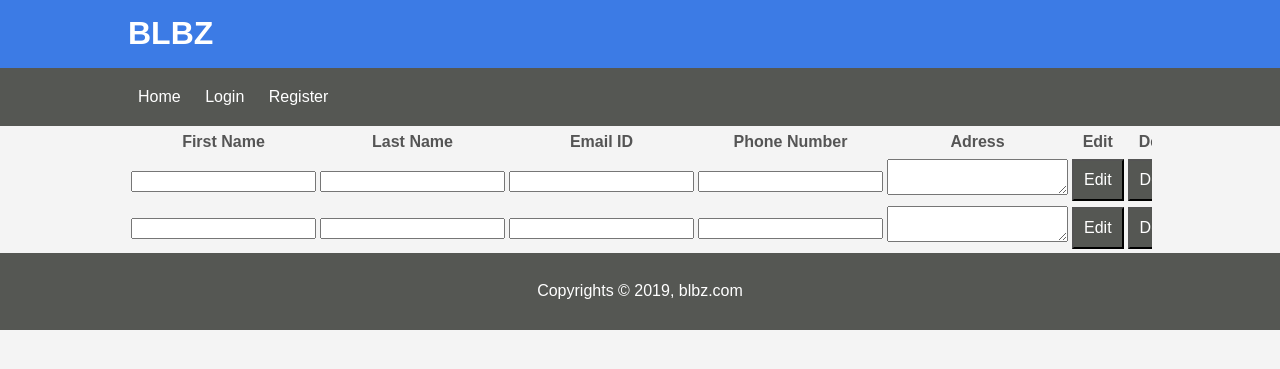
Repository: Kutty39/WebApps
Page: http://localhost/WebPageApp1/editpage.jsp
The author's editor kept a copy of each file at every save. The page is drawn from the files as they stood at one save, then again after the next save.
The browser window is 1280 px wide. The pictures show the whole page.
The page is served by Tomcat 9. Other server files are loaded and not shown.

Above is the page before, as saved 2019-12-09 13:50:09.

### LoginRegistrationPage/WebPageApp1/src/main/webapp/editpage.jsp
<%@ page language="java" contentType="text/html; charset=UTF-8"
pageEncoding="UTF-8"%>
<!DOCTYPE html>
<html>
<head>
<title>My Page</title>
<link href="CSS/mycss.css" rel="stylesheet" type="text/css">
<script
	src="https://ajax.googleapis.com/ajax/libs/jquery/3.4.1/jquery.min.js"></script>
<script src="JS/myjs.js"></script>
</head>
<body>
	<header class="head">
		<div class="container">
			<h1>BLBZ</h1>
		</div>
	</header>
	<nav class="nav-bar">
		<div class="container">
			<ul>
				<li><a class="button home">Home</a></li>
				<li><a class="button login">Login</a></li>
				<li><a class="button register">Register</a></li>
				<li><a class="button data" hidden>Date Tab</a></li>
				<li><a class="button userprof" hidden>User Profile</a></li>
				<li><a class="button logout" hidden>Log Out</a></li>
			</ul>
		</div>
	</nav>
	<section class="main">
		<div id="ajx" class="container">
			<table class="credtbl">
				<tr>
					<th>First Name</th>
					<th>Last Name</th>
					<th>Email ID</th>
					<th>Phone Number</th>
					<th>Adress</th>
					<th>Edit</th>
					<th>Delete</th>
				</tr>
				<tr>
					<td><input class="tr-1 td-1" type="text" name="fname"
						required="required"></td>
					<td><input class="tr-1 td-2" type="text" name="lname"
						required="required"></td>
					<td>
						<p class="hd-lbl eid" hidden>*Mandatory field</p> <input
						class="tr-1 td-3" type="text" id="eid" name="eid"
						required="required">
					</td>
					<td>
						<p class="hd-lbl phn" hidden>*Mandatory field</p> <input
						class="tr-1 td-4" type="text" name="phn" required="required">
					</td>
					<td><textarea class="tr-1 td-5" name="adrs"
							required="required"></textarea></td>
					<td><input class="tr-1 td-6 button" type="submit" value="Edit"></td>
					<td><input class="button tr-1 td-7" type="submit"
						value="Delete"></td>
				</tr>
				<tr>
					<td><input class="tr-1 td-1" type="text" name="fname"
						required="required"></td>
					<td><input class="tr-1 td-2" type="text" name="lname"
						required="required"></td>
					<td>
						<p class="hd-lbl eid" hidden>*Mandatory field</p> <input
						class="tr-1 td-3" type="text" id="eid" name="eid"
						required="required">
					</td>
					<td>
						<p class="hd-lbl phn" hidden>*Mandatory field</p> <input
						class="tr-1 td-4" type="text" name="phn" required="required">
					</td>
					<td><textarea class="tr-1 td-5" name="adrs"
							required="required"></textarea></td>
					<td><input class="tr-1 td-6 button" type="submit" value="Edit"></td>
					<td><input class="button tr-1 td-7" type="submit"
						value="Delete"></td>
				</tr>
			</table>
		</div>
	</section>
	<footer>
		<div class="container">Copyrights &copy; 2019, blbz.com</div>
	</footer>
</body>
</html>

### LoginRegistrationPage/WebPageApp1/src/main/webapp/CSS/mycss.css
@charset "UTF-8";
*{
	box-sizing: border-box;}
body {
	background-color: #f4f4f4;
	color: #555;
	font-family: Arial, Helvetica, sans-serif;
	font-size: 16px;
	line-height: 1.6em;
	margin: 0;
	background-color: #f4f4f4;
}

p.hd-lbl {
	padding: 0;
	margin: 0;
	width: 100%;
	font-family: monospace;
	line-height: 1rem;
}

.hd-lbl {
	color: red;
	font-size: 0.7rem;
}

.container {
	width: 80%;
	margin: auto;
	overflow: hidden;
}

.form-header {
	text-align: center;
	width: 100%;
	margin: auto;
	margin-bottom: 1em;
	padding: 1px;
	background-color: #f57900;
}

.form-container, .out-container {
	width: 50%;
	background-color: white;
	margin: auto;
	overflow: hidden;
	border: 1rem #ccc solid;
	padding: 2em;
}

.button {
	background-color: #555753;
	padding: 10px;
	color: white;
	font-size: 1em;
}

.my-form input[type="text"], .my-form textarea, .my-form input[type="password"]
	{
	width: 100%;
	padding: 0.5rem;
	margin-bottom: 0.5rem;
	font-size: 1em;
	box-sizing: border-box
}

.head {
	background: #3c7be5;
}

.head h1 {
	color: white;
}

.nav-bar {
	background-color: #555753;
}

.nav-bar ul {
	padding-left: 0;
	list-style: none;
	text-decoration: none;
	list-style: none;
}

.nav-bar li {
	display: inline;
}

.nav-bar a {
	text-decoration: none;
}

.nav-bar a:hover {
	background: white;
	color: black;
}

footer {
	background-color: #555753;
	color: white;
	text-align: center;
	padding: 2%;
}

@media ( max-width : 600px) {
	nav, article {
		width: 100%;
		height: auto;
	}
}
/* body{
	font: bold 100% Arial,Helvetica,sans-serif;
}
.btn {
	border-radius: 15px;
	padding: 5px;
	background: aqua;
}

.btn:hover {
	background-color: buttonface;
}

.box-1 {
	text-align:center;
	border-radius: 5px;
	background-color: #f2f2f2;
	padding: 5%;
	margin: auto;
	width: 80%
}
.box-1 h2{
	text-transform: capitalize;
	letter-spacing: 0.1em;
} */

### LoginRegistrationPage/WebPageApp1/src/main/webapp/JS/myjs.js
$(document).ready(function() {
	// this will bind the method for currently available elements
	$("a.button").click(loadpage);
	// this on method will bind the methods to future elements
	$("#ajx").on("blur","input[type!='submit']",($(this), mandChecker));
	$("#ajx").on("keyup","input[type!='submit']",($(this), mandChecker));
	$("#ajx").on("blur","#eid",check);
	$("#ajx").on("blur","#usr",check);
	$("#ajx").on("submit","#regForm",function(e){
		var s=true;
			$("p.hd-lbl").each(function() {
				if (this.style.display === "block") {
					s=false;
				}
			});
			if(s){
			$.ajax({
				type : "POST",
				url : "regestration",
				data :$("#regForm").serialize(),
				success : function(msg) {
					$("#ajx").html(msg);
				},
				dataType : "html"
			});
			}
			e.preventDefault();
	});


	$("#ajx").on("submit","#lgnForm",function(e){
		var s=true;
		$("#errormsg").hide();
		$("#successmsg").hide();
			$("p.hd-lbl").each(function() {
				if (this.style.display === "block") {
					s=false;
				}
			});
			if(s){
				$.post("login",$("#lgnForm").serialize(),function(msg) {
					if(msg.search("Login")<0){
						lognaction();}
						$("#ajx").html(msg);
					});
				}
		e.preventDefault();
	});


	$("#ajx").on("submit","#profForm",function(e){
		let s = true;
		$("p.hd-lbl").each(function() {
			if (this.style.display === "block") {
				s=false;
				return;
			}
		});
		if(s){
			$.post("update",$("#profForm").serialize(),function(msg) {
				alert(msg);
			});
		}
		 e.preventDefault();
	});

});

function lognaction(){
	$("a.button").each(function(){
		if($(this).attr('class').indexOf("home")<=0){
		$(this).toggle();}
	});
}
function logconfirm(){
	$("a.button.login").hide()
	$("a.button.register").hide();
	$("a.button.userprof").show();
	$("a.button.logout").show();
}


function loadpage() {
	var cls = $(this).attr("class").replace("button ","");
	console.log(cls.replace("button ",""));
	$.ajax({
		type : "post",
		url : "switchpage",
		data : {"page" : cls},
		success : function(msg) {
			if(cls=="logout"){
				lognaction();
			}
			$("#ajx").html(msg);
		},
		dataType : "html"
	});
}

function check(){
	var obj=$(this);
	if(obj!=null){
	$.ajax({
		type : "post",
		url : "validate",
		data : {"email":obj.val()},
		success : function(msg) {
			if(msg==="true"){
				if(obj.attr("name")==="eid"){
				$(".hd-lbl.eid").text("*Email alread exists.");
				$(".hd-lbl.eid").show();
				}if(obj.attr("name")==="username"){
					$(".hd-lbl.username").hide();
				}
			}else{
				if(obj.attr("name")==="username"){
					$(".hd-lbl.username").text("*Email is not exists. please register and come back");
					$(".hd-lbl.username").show();
				}else if(obj.attr("name")==="eid"){
					$(".hd-lbl.eid").hide();
				}
			}
		}
	});
	}
}

function mandChecker(element) {
	var val = element.target.value;
	var name = element.target.name;
	var obj = $(".hd-lbl." + name);
	if (val === "") {
		obj.show();
	} else {
		obj.show();
		var regx = "";
		if (name === "phn") {
			regx = /^\d{10}$/;
			if (regx.test(val)) {
				obj.hide();
			} else {
				obj.text("* Phone number should be 10 digit");
			}
		} else if (name === "eid") {
			regx = /^[a-zA-z\d._-]+\@[a-zA-Z\d.-]+\.[a-zA-Z]{2,4}$/;
			if (regx.test(val)) {
				obj.hide();
			} else {
				obj.text("* Please enter valid email.");
			}
		} else if (name === "pas") {
			regx = /^((?=.*[a-z])(?=.*[A-Z])(?!.*\s)(?=.*[@$!%*?&])).{8,15}$/;
			if (regx.test(val)) {
				obj.hide();
			} else {
				obj.show();
			}
		} else if (name === "conpas") {
			var ps = $("input[name='pas']").val();
			if (val === ps) {
				obj.hide();
			} else {
				obj.show();
			}
		} else {
			obj.hide();
		}
	}
}

After the next save:
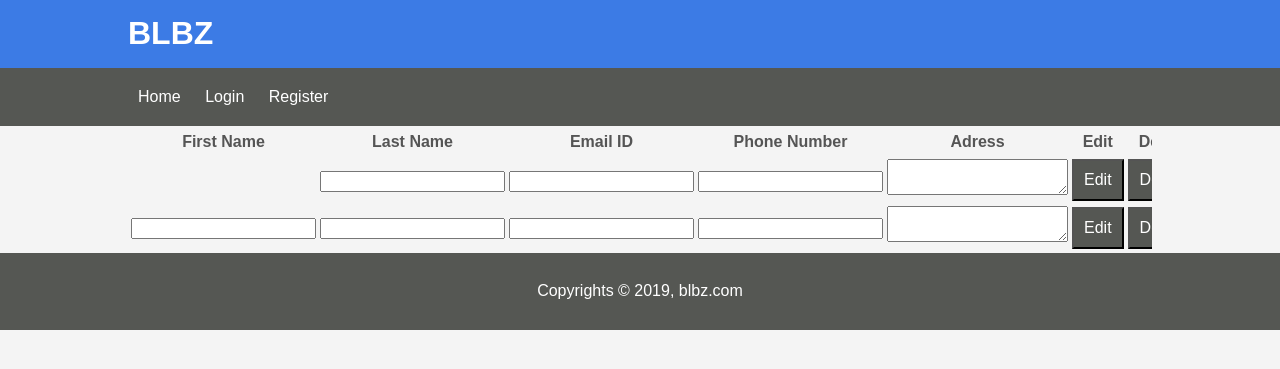
Saved 33 s later.
--- a/LoginRegistrationPage/WebPageApp1/src/main/webapp/editpage.jsp
+++ b/LoginRegistrationPage/WebPageApp1/src/main/webapp/editpage.jsp
@@ -41,7 +41,7 @@
 				</tr>
 				<tr>
 					<td><input class="tr-1 td-1" type="text" name="fname"
-						required="required"></td>
+						required="required" hidden></td>
 					<td><input class="tr-1 td-2" type="text" name="lname"
 						required="required"></td>
 					<td>

After the save that followed:
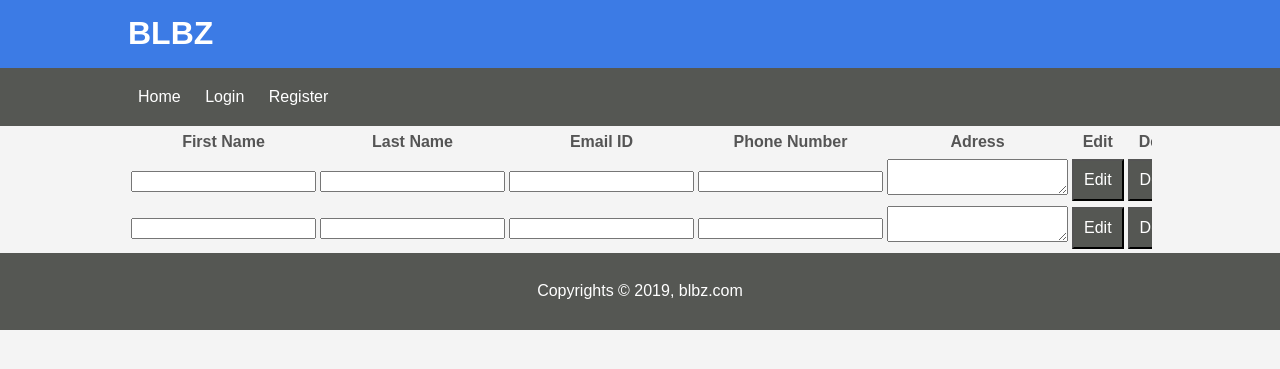
Saved 12 s later.
--- a/LoginRegistrationPage/WebPageApp1/src/main/webapp/editpage.jsp
+++ b/LoginRegistrationPage/WebPageApp1/src/main/webapp/editpage.jsp
@@ -41,7 +41,7 @@
 				</tr>
 				<tr>
 					<td><input class="tr-1 td-1" type="text" name="fname"
-						required="required" hidden></td>
+						required="required" locked></td>
 					<td><input class="tr-1 td-2" type="text" name="lname"
 						required="required"></td>
 					<td>
